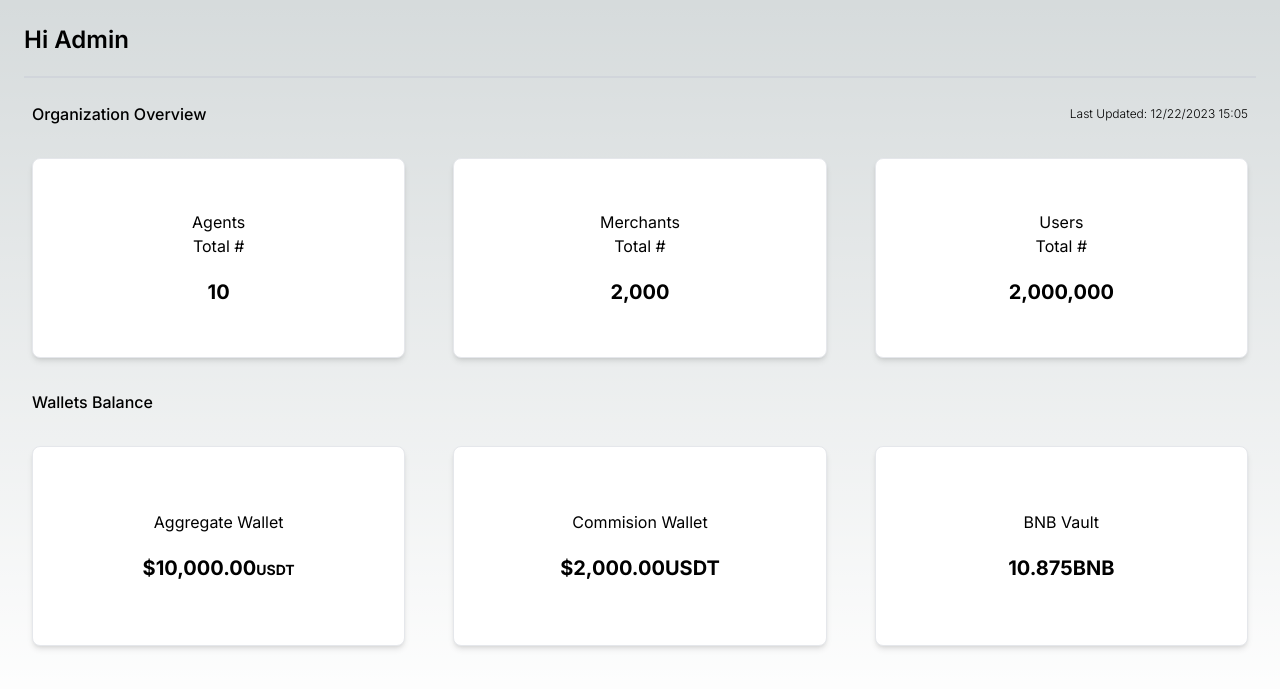
Repository: khairul35/merchant-dashboard
Page: /home
The author's editor kept a copy of each file at every save. The page is drawn from the files as they stood at one save, then again after the next save.
The browser window is 1280 px wide. The pictures show the whole page.
The project was rebuilt for these pictures with package versions that can differ from the ones it lists, and the page was loaded fresh each time. The framework's server and built-in components were replaced by stand-ins that run in the browser. Also part of the build but not shown: next.config.js, app/components/layout/Header/index.module.css, app/components/layout/Header/index.component.tsx, app/components/layout/Navigation/index.module.css, app/components/layout/Navigation/index.component.tsx, app/components/layout/Navigation/menus.tsx.

Above is the page before, as saved 2024-01-03 17:38:35.

### app/layout.tsx
import type { Metadata } from 'next'
import { Inter } from 'next/font/google'
import Header from './components/layout/Header';
import Navigation from './components/layout/Navigation';
import { NotificationProvider } from './components/notification/NotificationContext.client';
import './globals.css';

const inter = Inter({ subsets: ['latin'] })

export const metadata: Metadata = {
  title: 'Merchant apps',
  description: 'Merchant web app',
}

export default function RootLayout({
  children,
}: {
  children: React.ReactNode
}) {
  return (
    <html lang="en">
      <body className={inter.className}>
        <NotificationProvider>
          <div className='flex flex-col h-screen overflow-hidden'>
            <Header />
            <div
              className="flex flex-1"
              style={{
                maxHeight: 'calc(100vh - 77px)',
              }}>
              <Navigation />
              <main className="flex-1 p-4">{children}</main>
            </div>
          </div>
        </NotificationProvider>
      </body>
    </html>
  )
}

### app/home/page.tsx
import Component from "./index.component";
import { HomeProps } from "./index.prop";

const Home = () => {
    const name = 'Admin';
    const organizationOverview = {
        totalAgents: 10,
        totalMerchants: 2000,
        totalUsers: 2000000
    };

    const wallets = {
        aggregateWallet: 10000,
        commisionWallet: 2000,
        BNBVault: 10.875,
    }

    const props: HomeProps = {
        name,
        organizationOverview,
        wallets
    }
    return (<Component {...props} />)
};

export default Home;

### app/components/layout/Header/index.tsx
'use client';

import { useEffect } from "react";
import Component from './index.component'
import { HeaderProps } from "./index.props";

const Header = () => {

    const onLogOut = () => {
        window.localStorage.setItem('isLogin', 'false');
        window.location.href = '/login';
    };

    useEffect(() => {
        if (window.localStorage.getItem('isLogin') == 'true') {
        }
    }, []);

    const props: HeaderProps = {
        onLogOut
    }

    return window.localStorage.getItem('isLogin') == 'true' ?
        (
            <Component {...props} />
        )
        : (<></>)
};

export default Header;

### app/components/layout/Navigation/index.tsx
'use client'

import Component from "./index.component";
import { NavigationProps } from "./index.props";
import { useState, useEffect } from 'react';
import { menus } from "./menus";

const Navigation = () => {

    const [currentPath, setCurrentPath] = useState<string>('');

    useEffect(() => {
        setCurrentPath(window.location.pathname);
    }, []);

    const props: NavigationProps = {
        menus,
        path: currentPath,
        setCurrentPath,
    }

    return window.localStorage.getItem('isLogin') == 'true' ?
        (
            <Component {...props} />
        )
        : (<></>)
};

export default Navigation;

### app/components/notification/NotificationContext.client.tsx
'use client';
import React, { createContext, useContext, useState } from 'react';

type NotificationType = 'success' | 'error' | 'loading';

type Notification = {
  message: string;
  type: NotificationType;
};

type NotificationContextType = {
  notification: Notification | null;
  showNotification: (message: string, type: NotificationType) => void;
  closeNotification: () => void;
};

const NotificationContext = createContext<NotificationContextType | null>(null);

interface NotificationProviderProps {
  children: React.ReactNode;
}

export const useNotification = () => {
  const context = useContext(NotificationContext);
  if (!context) {
    throw new Error('useNotification must be used within a NotificationProvider');
  }
  return context;
};

export const NotificationProvider: React.FC<NotificationProviderProps> = ({ children }) => {
  const [notification, setNotification] = useState<Notification | null>(null);

  const closeNotification = () => {
    setNotification(null);
  };

  const showNotification = (message: string, type: NotificationType) => {
    setNotification({ message, type });
    setTimeout(() => {
      closeNotification();
    }, 5000);
  };

  const value: NotificationContextType = {
    notification,
    showNotification,
    closeNotification,
  };

  return (
    <NotificationContext.Provider value={value}>
      {children}
    </NotificationContext.Provider>
  );
};

### app/globals.css
@tailwind base;
@tailwind components;
@tailwind utilities;

:root {
  --foreground-rgb: 0, 0, 0;
  --background-start-rgb: 214, 219, 220;
  --background-end-rgb: 255, 255, 255;
}

body {
  color: rgb(var(--foreground-rgb));
  background: linear-gradient(
      to bottom,
      transparent,
      rgb(var(--background-end-rgb))
    )
    rgb(var(--background-start-rgb));
    margin: 0;
    padding: 0;
}

### app/home/index.component.tsx
import { HomeProps } from "./index.prop";
import styles from './index.module.css';
import OrganizationOverview from './organization-overview';
import Wallet from './wallet-balance';


const Component = (props: HomeProps) => {
    const { name, organizationOverview, wallets } = props;

    return (
        <div>
            <div className="p-2">
                <h2 className="font-semibold text-2xl pb-5 border-b-2 border-y-gray-300">Hi { name }</h2>
            </div>
            <OrganizationOverview {...organizationOverview} />
            <Wallet {...wallets} />
        </div>
    )
};

export default Component;

### app/home/organization-overview/index.tsx
import Component from "./index.component";
import { OrganizationOverviewProps } from "./index.prop";

const OrganizationOverview = (props: OrganizationOverviewProps) => {
    const { totalAgents, totalMerchants, totalUsers } = props;

    const organizationOverviewProps: OrganizationOverviewProps = {
        totalAgents,
        totalMerchants,
        totalUsers,
    }
    return (<Component {...organizationOverviewProps} />)
};

export default OrganizationOverview;

### app/home/wallet-balance/index.tsx
import { WalletProps } from "./index.prop";
import Component from "./index.component";

const WalletBalance = (props: WalletProps) => {
    return (<Component {...props} />)
};

export default WalletBalance;

### app/home/organization-overview/index.component.tsx
import Card from "@/app/components/card";
import { OrganizationOverviewProps } from "./index.prop";
import styles from './index.module.css';
import { formatNumberToComma } from "@/utils/formatNumberToComma";

const Component = (props: OrganizationOverviewProps) => {
    const { totalAgents, totalMerchants, totalUsers } = props;

    return (
        <div>
            <div className="grid grid-cols-1 sm:grid-cols-2 gap-4">
                <div className="p-4 font-medium">Organization Overview</div>
                <div className="p-4 font-light text-xs flex justify-end items-center ">Last Updated: 12/22/2023 15:05</div>
            </div>
            <div className="grid grid-cols-1 sm:grid-cols-2 md:grid-cols-2 lg:grid-cols-3 gap-4">
                <div className="p-4">
                    <Card className={styles.organizationOverviewCard}>
                        <div style={{textAlign: 'center'}}>Agents<br />Total #</div>
                        <div className="font-bold text-xl pt-5">
                            {formatNumberToComma(totalAgents)}
                        </div>
                    </Card>
                </div>
                <div className="p-4">
                    <Card className={styles.organizationOverviewCard}>
                        <div style={{textAlign: 'center'}}>Merchants<br />Total #</div>
                        <div className="font-bold text-xl pt-5">
                            {formatNumberToComma(totalMerchants)}
                        </div>
                    </Card>
                </div>
                <div className="p-4">
                    <Card className={styles.organizationOverviewCard}>
                        <div style={{textAlign: 'center'}}>Users<br />Total #</div>
                        <div className="font-bold text-xl pt-5">
                            {formatNumberToComma(totalUsers)}
                        </div>
                    </Card>
                </div>
            </div>
        </div>
    )
};

export default Component;

### app/home/wallet-balance/index.component.tsx
import Card from "@/app/components/card";
import { WalletProps } from "./index.prop";
import styles from './index.module.css';
import { formatMoney } from "@/utils/formatMoney";

const Component = (props: WalletProps) => {
    const { aggregateWallet, commisionWallet, BNBVault } = props;
    return (
        <div>
            <div className="grid grid-cols-1 sm:grid-cols-2 gap-4">
                <div className="p-4 font-medium">Wallets Balance</div>
            </div>
            <div className="grid grid-cols-1 sm:grid-cols-2 md:grid-cols-2 lg:grid-cols-3 gap-4">
                <div className="p-4">
                    <Card className={styles.walletCard}>
                        <div style={{textAlign: 'center'}}>Aggregate Wallet</div>
                        <div className="font-bold text-xl pt-5">
                            <span>
                                {formatMoney(aggregateWallet, 'USD')}
                            </span>
                            <span className="text-sm">
                                USDT
                            </span>
                        </div>
                    </Card>
                </div>
                <div className="p-4">
                    <Card className={styles.walletCard}>
                        <div style={{textAlign: 'center'}}>Commision Wallet</div>
                        <div className="font-bold text-xl pt-5">
                            {formatMoney(commisionWallet, 'USD')}
                            USDT
                        </div>
                    </Card>
                </div>
                <div className="p-4">
                    <Card className={styles.walletCard}>
                        <div style={{textAlign: 'center'}}>BNB Vault</div>
                        <div className="font-bold text-xl pt-5">
                            {BNBVault}
                            BNB
                        </div>
                    </Card>
                </div>
            </div>
        </div>
    );
};

export default Component;

### app/components/card/index.tsx
'use client';

import React, { ReactNode } from 'react';

interface CardProps {
  children: ReactNode;
  className?: string;
  style?: React.CSSProperties;
  onClick?: () => void;
  hoverClassName?: string;
}

const Card: React.FC<CardProps> = ({
  children,
  className = '',
  style = {},
  onClick,
  hoverClassName = '',
}) => {
  const handleMouseEnter = () => {
    // Add hover effect on mouse enter if hoverClassName is provided
    if (hoverClassName) {
      const card = document.getElementById('card');
      card?.classList.add(hoverClassName);
    }
  };

  const handleMouseLeave = () => {
    // Remove hover effect on mouse leave if hoverClassName is provided
    if (hoverClassName) {
      const card = document.getElementById('card');
      card?.classList.remove(hoverClassName);
    }
  };

  return (
    <div
      id="card"
      className={`rounded-lg bg-white shadow-md p-6 border border-gray-200 ${className}`}
      style={style}
      onClick={onClick}
      onMouseEnter={handleMouseEnter}
      onMouseLeave={handleMouseLeave}
    >
      {children}
    </div>
  );
};

export default Card;

### app/home/organization-overview/index.module.css
.organizationOverviewCard {
    height: 200px;
    display: flex;
    justify-content: center; /* Horizontally aligns items */
    align-items: center;
    flex-direction: column;
}

### utils/formatNumberToComma.ts
export const formatNumberToComma = (n: number) : string => {
    if (!n) return '0';
    return n.toString().replace(/\B(?=(\d{3})+(?!\d))/g, ',');
};

### app/home/wallet-balance/index.module.css
.walletCard {
    height: 200px;
    display: flex;
    justify-content: center; /* Horizontally aligns items */
    align-items: center;
    flex-direction: column;
}

### utils/formatMoney.ts
export const formatMoney = (amount: number, currency: string): string => {
    const formatter = new Intl.NumberFormat('en-US', {
        style: 'currency',
        currency: currency,
    });
    return formatter.format(amount);
};

### tailwind.config.ts
import type { Config } from 'tailwindcss'

const config: Config = {
  content: [
    './pages/**/*.{js,ts,jsx,tsx,mdx}',
    './components/**/*.{js,ts,jsx,tsx,mdx}',
    './app/**/*.{js,ts,jsx,tsx,mdx}',
  ],
  theme: {
    extend: {
      backgroundImage: {
        'gradient-radial': 'radial-gradient(var(--tw-gradient-stops))',
        'gradient-conic':
          'conic-gradient(from 180deg at 50% 50%, var(--tw-gradient-stops))',
      },
      backgroundColor: {
        'bg-color': '#EAEAEA', // Define a custom background color class
      },
      button: {
        'primary': '#7A7A7A',
      },
      fontWeight: {
        'label': '600',
      },
    },
  },
  plugins: [require("daisyui")],
  daisyui: {
    themes: [
      {
        mytheme: {
          "primary": "##7A7A7A",
          "secondary": "#d926a9",
          "accent": "#1fb2a6",
          "neutral": "#2a323c",
          "base-100": "#1d232a",
          "info": "#3abff8",
          "success": "#36d399",
          "warning": "#fbbd23",
          "error": "#f87272",
        },
      },
    ],
  },
}
export default config

After the next save:
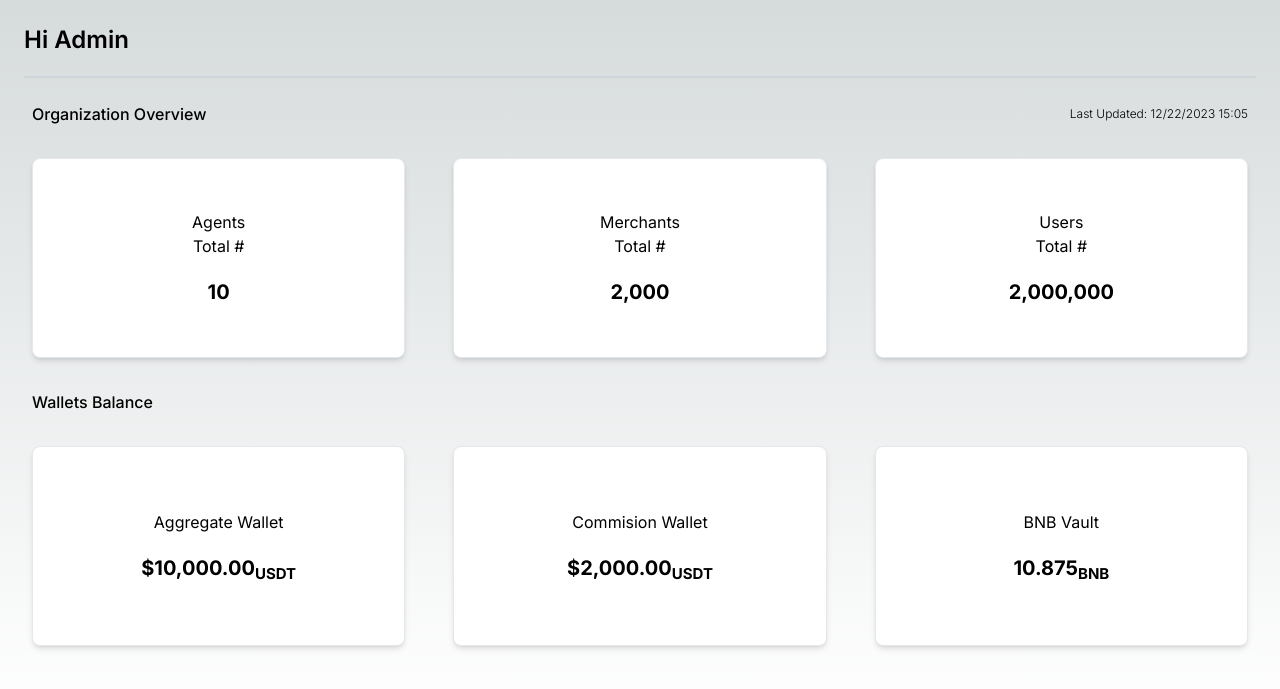
Saved 97 s later.
--- a/app/home/wallet-balance/index.component.tsx
+++ b/app/home/wallet-balance/index.component.tsx
@@ -15,12 +15,8 @@
                     <Card className={styles.walletCard}>
                         <div style={{textAlign: 'center'}}>Aggregate Wallet</div>
                         <div className="font-bold text-xl pt-5">
-                            <span>
-                                {formatMoney(aggregateWallet, 'USD')}
-                            </span>
-                            <span className="text-sm">
-                                USDT
-                            </span>
+                            {formatMoney(aggregateWallet, 'USD')}
+                            <sub>USDT</sub>
                         </div>
                     </Card>
                 </div>
@@ -29,7 +25,7 @@
                         <div style={{textAlign: 'center'}}>Commision Wallet</div>
                         <div className="font-bold text-xl pt-5">
                             {formatMoney(commisionWallet, 'USD')}
-                            USDT
+                            <sub>USDT</sub>
                         </div>
                     </Card>
                 </div>
@@ -38,7 +34,7 @@
                         <div style={{textAlign: 'center'}}>BNB Vault</div>
                         <div className="font-bold text-xl pt-5">
                             {BNBVault}
-                            BNB
+                            <sub>BNB</sub>
                         </div>
                     </Card>
                 </div>
